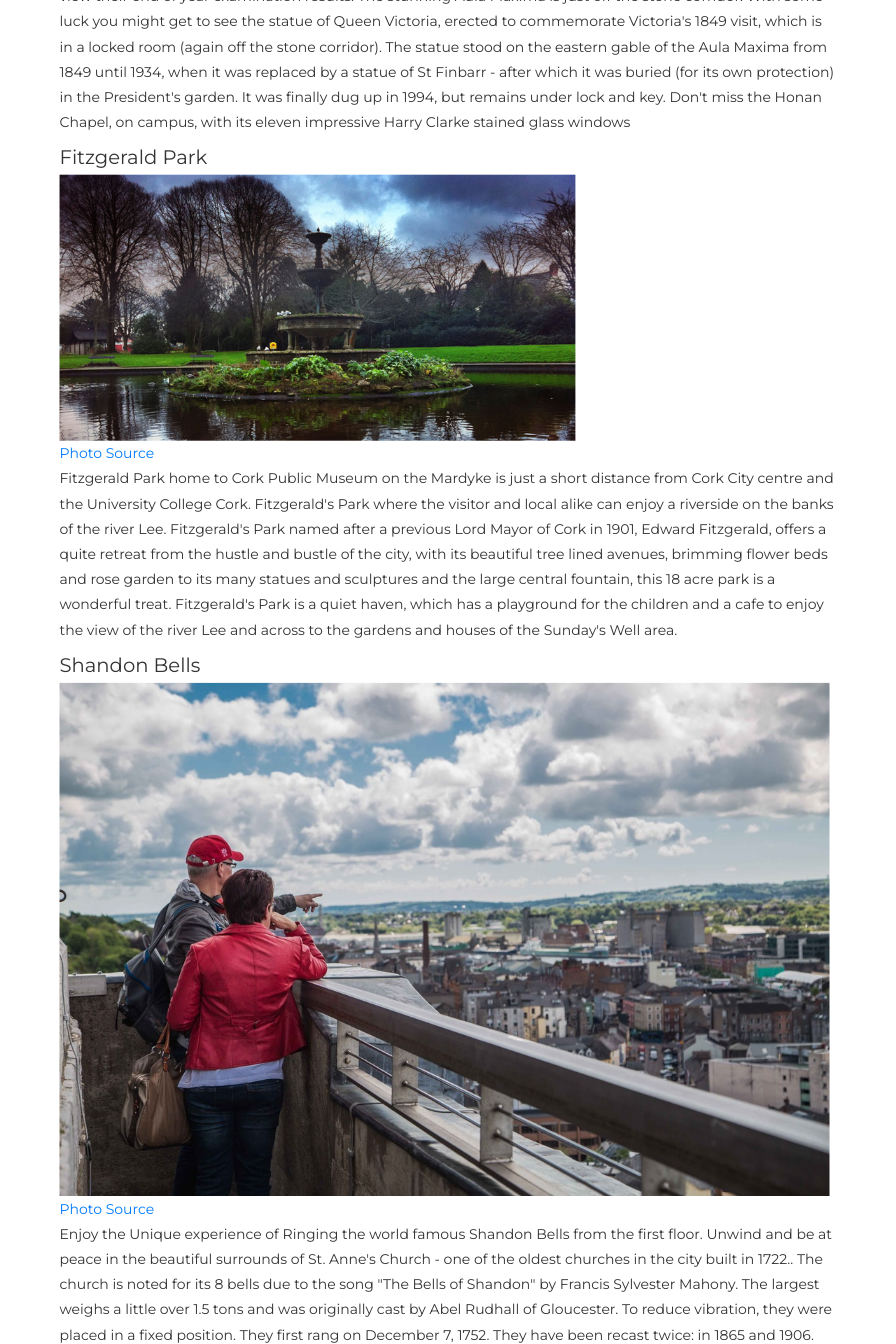
Repository: Maja-Jer/Welcome-to-Cork
Page: see.html
The author's editor kept a record of every edit. The page is drawn from the files as they stood at one moment, then again after the next edit.
The browser window is 1280 px wide. The pictures show the part of the page from y = 991 to 2911 px (the page is 4043 px tall before and 3701 px after), at 70% of full size.
Some web libraries are served in a nearby version.

Above is the page before.
Console error: TypeError: Cannot read properties of undefined (reading 'fn')

### see.html
<!DOCTYPE html>
<html lang="en">

<head>
    <meta charset="UTF-8">
    <meta name="viewport" content="width=device-width, initial-scale=1">
    <meta http-equiv="X-UA-Compatible" content="ie=edge">
    <link rel="stylesheet" href="https://stackpath.bootstrapcdn.com/bootstrap/4.3.1/css/bootstrap.min.css" integrity="sha384-ggOyR0iXCbMQv3Xipma34MD+dH/1fQ784/j6cY/iJTQUOhcWr7x9JvoRxT2MZw1T" crossorigin="anonymous">
    <script src="https://stackpath.bootstrapcdn.com/bootstrap/4.3.1/js/bootstrap.min.js" integrity="sha384-JjSmVgyd0p3pXB1rRibZUAYoIIy6OrQ6VrjIEaFf/nJGzIxFDsf4x0xIM+B07jRM" crossorigin="anonymous"></script>
    <link rel="stylesheet" href="https://use.fontawesome.com/releases/v5.6.1/css/all.css" integrity="sha384-gfdkjb5BdAXd+lj+gudLWI+BXq4IuLW5IT+brZEZsLFm++aCMlF1V92rMkPaX4PP" crossorigin="anonymous">
    <link href="https://fonts.googleapis.com/css?family=Montserrat" rel="stylesheet">
    <link rel="stylesheet" href="assets/style.css" type="text/css" />
    <title>Welcome to Cork, the REAL capital of Ireland</title>
</head>

<body>

    <!---------------Navgation-------->
    <nav class="navbar navbar-light bg-light navbar-expand-sm">
        <a href="/" class="navbar-brand">Welcome to Cork</a>

        <!---------------Dropdown menu-------->
        <button class="navbar-toggler ml-auto" type="button" data-toggle="collapse" data-target="#navbarNavDropdown" aria-controls="navbarNavDropdown" aria-expanded="false" aria-label="Toggle navigation">
        <span class="navbar-toggler-icon"></span></button>

        <div class="collapse navbar-collapse" id="navbarNavDropdown">
            <ul class="navbar-nav mr-auto">
                <li class="nav-item mr-2"><a class="nav-link" href="#see">See</a></li>
                <li class="nav-item mr-2"><a class="nav-link" href="#experience">Experience</a></li>
                <li class="nav-item mr-2"><a class="nav-link" href="#party">Party</a></li>

            </ul>
        </div>

    </nav>

    <!--------------- Title -------->
    <div class="container-fluid mt-3 title">
        <h1>What to see in Cork?</h1>
        <div class="row title-row" <h5>This is a small collection of my favourite must-see places in Cork</h5>
        </div>
    </div>


    <!--------------- Sites -------->

    <div class="container-fluid all-sites">
        <div class= "container ucc-campus">
            <div class= "row ucc-campus">
                <div class= "col-6">
                    <h3>UCC Campus</h3>
                </div>
            </div>


        <img class= "img-fluid" src= "./assets/photos/ucc-campus1.jpg " alt="UCC Campus">
        <br>
        <h7><a href= "https://www.irishexaminer.com/breakingnews/ireland/ucc-isssues-1500-booklets-to-promote-good-relations-between-students-and-local-residents-949665.html ">Photo Source</a></h7>
    </div>


    <div class= "container ucc-description">
        <p col= "ucc-description">With over 20 000 people studying or working in University College Cork, the draw of the studies there is clear. But when you walk on to the Campus, it’s as if time stopped and you were transported back in time Despite much growth and development
            in recent decades, including considerable ongoing structural developments on the main campus, none of the developments have cast a shadow on the beautiful open grass quadrangle (which, incidentally, undergraduates must not traverse because
            tradition declares that they will fail their exams if they do). The quadrangle is surrounded on three sides by the University's most important old stone buildings, including the stone corridor housing many Ogham stones, and the arch where
            students anxiously come to view their end of year examination results. The stunning Aula Maxima is just off the stone corridor. With some luck you might get to see the statue of Queen Victoria, erected to commemorate Victoria's 1849 visit,
            which is in a locked room (again off the stone corridor). The statue stood on the eastern gable of the Aula Maxima from 1849 until 1934, when it was replaced by a statue of St Finbarr - after which it was buried (for its own protection) in
            the President's garden. It was finally dug up in 1994, but remains under lock and key. Don't miss the Honan Chapel, on campus, with its eleven impressive Harry Clarke stained glass windows
        </p>


    </div>


<div class= "container fitzgerald-park">
            <div class= "row fitzgerald-park">
                <div class= "col-6">
                    <h3>Fitzgerald Park</h3>
                </div>
            </div>


        <img class= "img-fluid" src="./assets/photos/fitzgerald-park.jpg" alt="Fitzgerald Park ">
        <br>
        <h7><a href= "http://www.corkenglishcollege.ie/media/4ae2bbd4-2834-4204-b7ae-c0ea07ad30a5/Events/Fitzgerald-Park_jpg ">Photo Source</a></h7>
    </div>


    <div class="container park-description">
        <p col="park-decription">Fitzgerald Park home to Cork Public Museum on the Mardyke is just a short distance from Cork City centre and
        the University College Cork. Fitzgerald's Park where the visitor and local alike can enjoy a riverside on the banks of the river Lee.
        Fitzgerald's Park named after a previous Lord Mayor of Cork in 1901, Edward Fitzgerald, offers a quite retreat from the hustle and bustle
        of the city, with its beautiful tree lined avenues, brimming flower beds and rose garden to its many statues and sculptures and the large
        central fountain, this 18 acre park is a wonderful treat. Fitzgerald's Park is a quiet haven, which has a playground for the children and a
        cafe to enjoy the view of the river Lee and across to the gardens and houses of the Sunday's Well area.

        </p>


    </div>


<div class= "container shandon-bells">
            <div class= "row shandon-bells">
                <div class= "col-6">
                    <h3>Shandon Bells</h3>
                </div>
            </div>


        <img class= "img-fluid" src="./assets/photos/shandon-bells.jpg " alt="Shandon Bells ">
        <br>
        <h7><a href="http://www.shandonbells.ie/uploads/1/2/6/6/12669090/1388908_orig.jpg">Photo Source</a></h7>
    </div>


    <div class= "container shandon-description">
        <p col="shandon-decription">Enjoy the Unique experience of Ringing the world famous Shandon Bells from the first floor.
Unwind and be at peace in the beautiful surrounds of St. Anne's Church - one of the oldest churches in the city built in 1722..﻿
The church is noted for its 8 bells due to the song "The Bells of Shandon" by Francis Sylvester Mahony. The largest weighs a little over 1.5 tons and was originally cast by Abel Rudhall of Gloucester. To reduce vibration, they were placed in a fixed position. They first rang on December 7, 1752. They have been recast twice: in 1865 and 1906. Today, visitors can climb 132 stairs to the first floor and ring the bells themselves. See spectacular 360 degree views of the city at 36.65m/120ft. View the internal workings of the clocks, the ‘Four Faced Liar’ and see the 18th Century bells in the Belfry.


        </p>


    </div>

    <div class= "container blackrock-castle">
            <div class= "row blackrock-castle">
                <div class= "col-6">
                    <h3>Blackrock castle</h3>
                </div>
            </div>


        <img class= "img-fluid"src="./assets/photos/blackrock-castle.jpg" alt="Blackrock castle">
        <br>
        <h7><a href= "https://www.bco.ie/whats-here/dailyschedule/">Photo Source</a></h7>
    </div>


    <div class= "container blackrock-description">
        <p col= "blackrock-decription">In the late 16th century, the citizens of Cork appealed to Queen Elizabeth I to construct a fort at Blackrock to "repel pirates and other invaders". In 1582 a fortification was built on the site,[6] and later around 1600, a round tower was constructed to safeguard against pirates "carrying away" vessels entering the harbour.[7] The earliest elements of this structure remaining today are a circular tower on the water's edge, 10.5m in diameter, with walls 2.2m thick.
In the early-2000s, Blackrock Castle was redeveloped under a joint venture between Cork City Council, Cork Institute of Technology and a private benefactor.

The castle has an excellent restaurant where you can have brunch in one of the most interesting surroundings in Cork. The Observatory has a lot of interesting exhibits, my personal being the possibility to lie down under the night sky and just enjoy the view as the stars shine above you. So relaxing!

        </p>


    </div>

    </div>


    <!--------------- Footer -------->

    <footer class="bg-secondary mt-5 p-3 ">
        <div class="container-fluid ">
            <div class="col-12 text-white ">
                <h3>Developed by Maja Jercic 2019</h3>
            </div>
        </div>
    </footer>

    <script src="https://stackpath.bootstrapcdn.com/bootstrap/4.3.1/js/bootstrap.min.js " integrity="sha384-JjSmVgyd0p3pXB1rRibZUAYoIIy6OrQ6VrjIEaFf/nJGzIxFDsf4x0xIM+B07jRM " crossorigin="anonymous "></script>
    <script src="https://code.jquery.com/jquery-3.3.1.slim.min.js " integrity="sha384-q8i/X+965DzO0rT7abK41JStQIAqVgRVzpbzo5smXKp4YfRvH+8abtTE1Pi6jizo " crossorigin="anonymous "></script>
    <script src="https://cdnjs.cloudflare.com/ajax/libs/popper.js/1.14.7/umd/popper.min.js " integrity="sha384-UO2eT0CpHqdSJQ6hJty5KVphtPhzWj9WO1clHTMGa3JDZwrnQq4sF86dIHNDz0W1 " crossorigin="anonymous "></script>

</body>


</html>

### assets/style.css
/*----------------------- header*/

head {
  font-family: 'Roboto', sans-serif;
}

body {
  font: 20px Montserrat, sans-serif;
  line-height: 1.8;
  color: #333;
  display: block;
  padding: 10px 20px 75px 20px;


}

/*----------------------navigation bar*/

ul {
  list-style-type: none;
  margin: 0;
  padding: 0;
  overflow: hidden;
  font-weight: normal;
  font-size: 24px;
}

li {
  float: left;
}

navbar-brand {
  color: black;
}

li a {
  display: block;
  color: white;
  text-align: center;
  padding: 14px 16px;
  text-decoration: none;

}

li a:hover {
  background-color: #9FA8DA;
  color: white;
  text-decoration: none;
  font-weight: bold;
}

/*---------------------end of navigation bar*/

.main-container {


}
.container-main-photo {
  max-height: 300px;
  max-width: 80%;

}

/* ---------------------------------- Article*/
.article {
  position: relative;
  vertical-align: top;
  background-color: #fff
  margin-bottom: 1em;
  max-width: 830px;
  padding: 2em 0 0 0;
  text-align: left;
}

.site-photo {
  position: relative;
  text-align: center;
  margin-bottom: 1.6em;
}

.site-description {
  margin: 2em 5% 2em 5%;
  font-size: 1.1em;
  line-height: 1.7;
  color: #333;
}


/* ---------------------------------- Title*/

.title {
  text-align: left;
  padding-left:20px;
}

.title-row {
  padding-top: 20px;
  padding-bottom: 20px;


}
/* ---------------------------------- Containers*/

.center {
  display: block;
  margin-left: auto;
  margin-right: auto;
  width: 50%;
}

.main-photo {
  display: block;
  max-height: 730px;
  max-width: 1160px;
  padding: 30px;
  overflow: auto;
}


#container-about-cork {
  font-size: 16px;
  margin: 25px 50px 75px;
  padding: 30px;


}
@media screen and (min-width: 600px) {
#container-about-cork {
  font-size: 20px;
  margin: 25px 20px 75px 20px;
  }
}
@media screen and (max-width: 600px) {
#container-about-cork {
  font-size: 14px;
  margin: 25px 10px 75px 20px;
  }
}

.container-ucc-campus {

}



/*---------------------footer*/

.p-3 {
    padding: 1rem!important;
}

.mt-5, .my-5 {
    margin-top: 3rem!important;

}

.bg-secondary {
    background-color: #6c757d!important;
}

.footer {
  width: 100%;
  margin-right: auto;
  margin-left: auto;
}

.text-white {
  color: #fff!important;
}

.col-12 {
  -ms-flex: 0 0 100%;
  flex: 0 0 100%;
  max-width: 100%;
  text-align: center;
}

After the next edit:
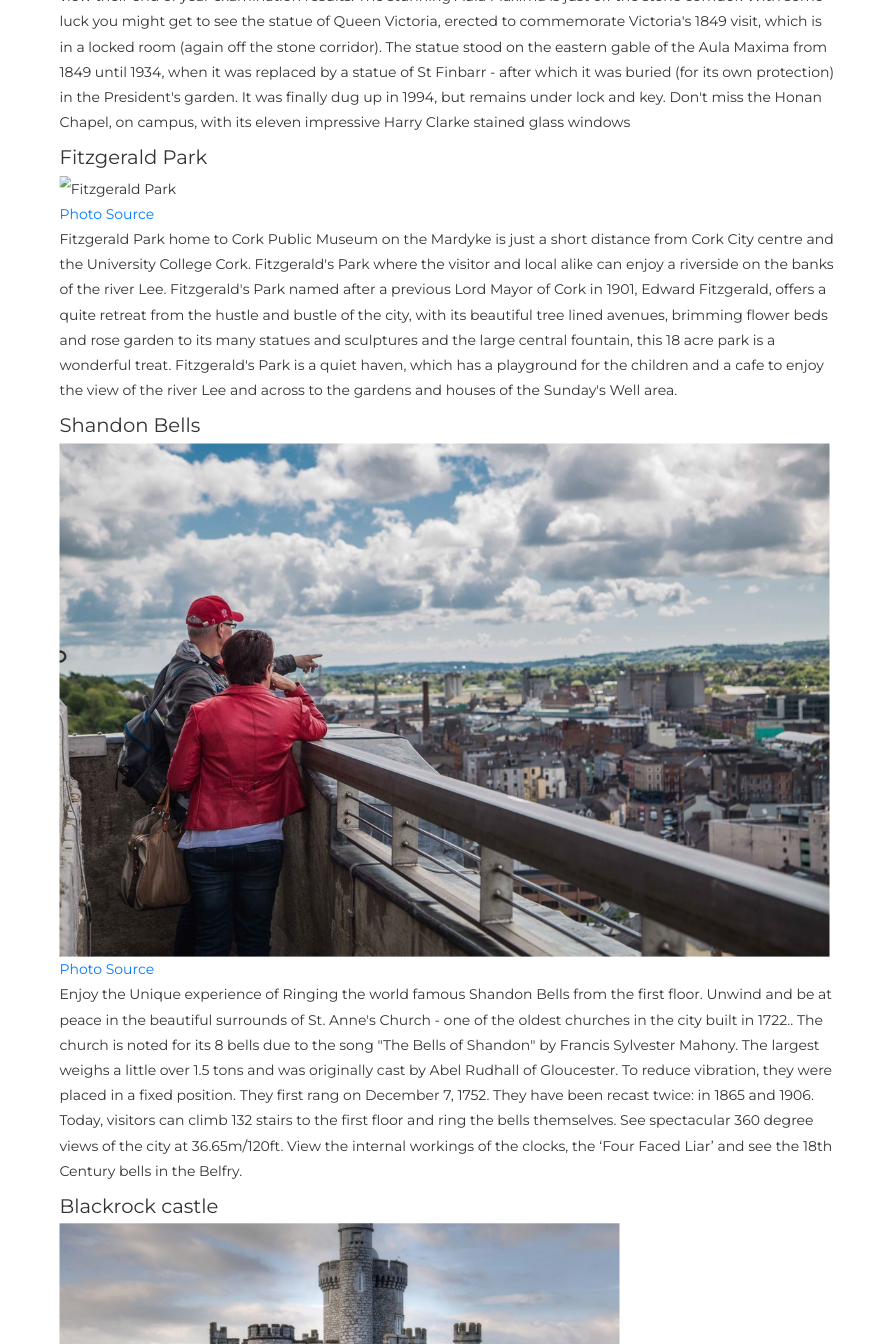
Not found: assets/photos/fitzgerald-park1.jpg
The edit:
--- a/see.html
+++ b/see.html
@@ -80,7 +80,7 @@
             </div>
 
 
-        <img class= "img-fluid" src="./assets/photos/fitzgerald-park.jpg" alt="Fitzgerald Park ">
+        <img class= "img-fluid" src="./assets/photos/fitzgerald-park1.jpg" alt="Fitzgerald Park ">
         <br>
         <h7><a href= "http://www.corkenglishcollege.ie/media/4ae2bbd4-2834-4204-b7ae-c0ea07ad30a5/Events/Fitzgerald-Park_jpg ">Photo Source</a></h7>
     </div>
